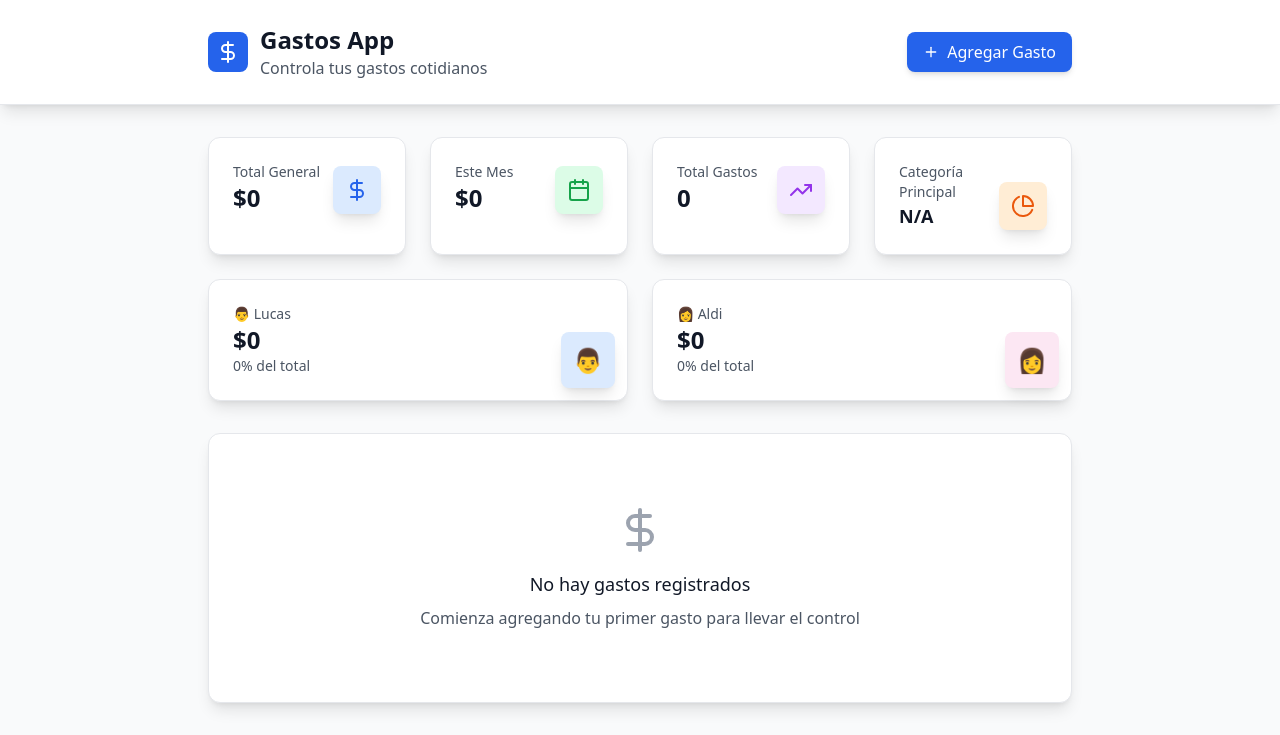
Repository: lucastenaglia/Gastosapp
Page: /
These files come from the project's save history. The page is drawn as it stood at one moment and after the next save; the edit follows.
The browser window is 1280 px wide. The pictures show the whole page.
The page's requests for data from a server got no answer. The project was rebuilt for these pictures with package versions that can differ from the ones it lists, and the page was loaded fresh each time. No one was signed in, and anything a server would have sent is missing. Also part of the build but not shown: vite.config.js, src/components/ExpenseForm.jsx.

Above is the page before, as saved 2025-08-03 21:35:33.

### index.html
<!DOCTYPE html>
<html lang="es">
  <head>
    <meta charset="UTF-8" />
    <link rel="icon" type="image/svg+xml" href="data:[embedded picture, 125 characters]" />
    <meta name="viewport" content="width=device-width, initial-scale=1.0" />
    <title>Gastos App - Control de Gastos Cotidianos</title>
  </head>
  <body>
    <div id="root"></div>
    <script type="module" src="/src/main.jsx"></script>
  </body>
</html>

### src/App.jsx
import { useState, useEffect } from 'react'
import Header from './components/Header'
import ExpenseForm from './components/ExpenseForm'
import ExpenseList from './components/ExpenseList'
import ExpenseSummary from './components/ExpenseSummary'
import { getExpenses, addExpense, updateExpense, deleteExpense } from './services/expenseService'

function App() {
  const [expenses, setExpenses] = useState([])
  const [isFormOpen, setIsFormOpen] = useState(false)
  const [loading, setLoading] = useState(true)
  const [error, setError] = useState(null)

  // Cargar gastos al iniciar la aplicación
  useEffect(() => {
    loadExpenses()
  }, [])

  // Cerrar modal con Escape
  useEffect(() => {
    const handleEscape = (e) => {
      if (e.key === 'Escape' && isFormOpen) {
        setIsFormOpen(false)
      }
    }

    document.addEventListener('keydown', handleEscape)
    return () => document.removeEventListener('keydown', handleEscape)
  }, [isFormOpen])

  const loadExpenses = async () => {
    try {
      setLoading(true)
      const data = await getExpenses()
      setExpenses(data)
      setError(null)
    } catch (err) {
      setError('Error al cargar los gastos')
      console.error(err)
    } finally {
      setLoading(false)
    }
  }

  const handleAddExpense = async (expense) => {
    try {
      const newExpense = await addExpense(expense)
      setExpenses([newExpense, ...expenses])
      setIsFormOpen(false)
    } catch (err) {
      setError('Error al agregar el gasto')
      console.error(err)
    }
  }

  const handleDeleteExpense = async (id) => {
    try {
      await deleteExpense(id)
      setExpenses(expenses.filter(expense => expense.id !== id))
    } catch (err) {
      setError('Error al eliminar el gasto')
      console.error(err)
    }
  }

  const handleEditExpense = async (id, updatedExpense) => {
    try {
      const updated = await updateExpense(id, updatedExpense)
      setExpenses(expenses.map(expense =>
        expense.id === id ? updated : expense
      ))
    } catch (err) {
      setError('Error al actualizar el gasto')
      console.error(err)
    }
  }

  return (
    <div className="min-h-screen bg-gray-50">
      <Header onAddExpense={() => setIsFormOpen(true)} />

      <main className="container mx-auto px-4 py-8 max-w-4xl">
        {error && (
          <div className="bg-red-100 border border-red-400 text-red-700 px-4 py-3 rounded mb-6">
            {error}
          </div>
        )}

        <ExpenseSummary expenses={expenses} />

        <div className="mt-8">
          <ExpenseList
            expenses={expenses}
            onDelete={handleDeleteExpense}
            onEdit={handleEditExpense}
            loading={loading}
          />
        </div>
      </main>

      {/* Modal Overlay */}
      {isFormOpen && (
        <div
          className="fixed inset-0 bg-black bg-opacity-50 flex items-center justify-center z-50 p-4 animate-in fade-in duration-200"
          onClick={() => setIsFormOpen(false)}
        >
          <div
            className="bg-white rounded-xl shadow-2xl max-w-md w-full mx-4 max-h-[90vh] overflow-y-auto animate-in zoom-in-95 duration-200"
            onClick={(e) => e.stopPropagation()}
          >
            <ExpenseForm
              onSubmit={handleAddExpense}
              onCancel={() => setIsFormOpen(false)}
            />
          </div>
        </div>
      )}
    </div>
  )
}

export default App

### src/index.css
@tailwind base;
@tailwind components;
@tailwind utilities;

@layer base {
  body {
    @apply bg-gray-50 text-gray-900;
  }
}

@layer components {
                .btn-primary {
                @apply bg-primary-600 hover:bg-primary-700 text-white font-medium py-2 px-4 rounded-lg transition-all duration-300 shadow-md hover:shadow-lg hover:-translate-y-0.5 transform;
              }

              .btn-secondary {
                @apply bg-gray-200 hover:bg-gray-300 text-gray-800 font-medium py-2 px-4 rounded-lg transition-all duration-300 shadow-md hover:shadow-lg hover:-translate-y-0.5 transform;
              }

                .input-field {
                @apply w-full px-3 py-2 border border-gray-300 rounded-lg focus:outline-none focus:ring-2 focus:ring-primary-500 focus:border-transparent shadow-sm focus:shadow-md transition-all duration-300;
              }

                            .card {
                @apply bg-white rounded-xl shadow-lg border border-gray-200 p-6 transform transition-all duration-300 hover:shadow-2xl hover:-translate-y-1;
              }

              .modal-enter {
                @apply opacity-0 scale-95;
              }

              .modal-enter-active {
                @apply opacity-100 scale-100 transition-all duration-200 ease-out;
              }

              .modal-exit {
                @apply opacity-100 scale-100;
              }

              .modal-exit-active {
                @apply opacity-0 scale-95 transition-all duration-200 ease-in;
              }
}

### src/components/Header.jsx
import { Plus, DollarSign } from 'lucide-react'

const Header = ({ onAddExpense }) => {
  return (
                    <header className="bg-white shadow-lg border-b border-gray-200">
      <div className="container mx-auto px-4 py-6 max-w-4xl">
        <div className="flex items-center justify-between">
          <div className="flex items-center space-x-3">
            <div className="bg-primary-600 p-2 rounded-lg">
              <DollarSign className="h-6 w-6 text-white" />
            </div>
            <div>
              <h1 className="text-2xl font-bold text-gray-900">Gastos App</h1>
              <p className="text-gray-600">Controla tus gastos cotidianos</p>
            </div>
          </div>

          <button
            onClick={onAddExpense}
            className="btn-primary flex items-center space-x-2"
          >
            <Plus className="h-4 w-4" />
            <span>Agregar Gasto</span>
          </button>
        </div>
      </div>
    </header>
  )
}

export default Header

### src/components/ExpenseList.jsx
import { useState } from 'react'
import { Trash2, Edit, Calendar, DollarSign } from 'lucide-react'

const ExpenseList = ({ expenses, onDelete, onEdit, loading }) => {
  const [editingId, setEditingId] = useState(null)
  const [editForm, setEditForm] = useState({})

  const categoryIcons = {
    comida: '🍽️',
    super: '🛒',
    auto: '🚗',
    entretenimiento: '🎮',
    salud: '💊',
    ropa: '👕',
    hogar: '🏠',
    otros: '📦'
  }

  const categoryColors = {
    comida: 'bg-orange-100 text-orange-800',
    super: 'bg-red-100 text-red-800',
    auto: 'bg-blue-100 text-blue-800',
    entretenimiento: 'bg-purple-100 text-purple-800',
    salud: 'bg-green-100 text-green-800',
    ropa: 'bg-pink-100 text-pink-800',
    hogar: 'bg-yellow-100 text-yellow-800',
    otros: 'bg-gray-100 text-gray-800'
  }

  const handleEdit = (expense) => {
    setEditingId(expense.id)
    setEditForm({
      description: expense.description,
      amount: expense.amount.toString(),
      category: expense.category,
      person: expense.person || 'lucas',
      date: expense.date
    })
  }

  const handleSaveEdit = (id) => {
    onEdit(id, {
      ...editForm,
      amount: parseFloat(editForm.amount)
    })
    setEditingId(null)
    setEditForm({})
  }

  const handleCancelEdit = () => {
    setEditingId(null)
    setEditForm({})
  }

  const formatDate = (dateString) => {
    const date = new Date(dateString)
    return date.toLocaleDateString('es-ES', {
      year: 'numeric',
      month: 'short',
      day: 'numeric'
    })
  }

  if (loading) {
    return (
      <div className="card">
        <div className="text-center py-12">
          <div className="animate-spin rounded-full h-12 w-12 border-b-2 border-primary-600 mx-auto mb-4"></div>
          <h3 className="text-lg font-medium text-gray-900 mb-2">
            Cargando gastos...
          </h3>
          <p className="text-gray-600">
            Conectando con la base de datos
          </p>
        </div>
      </div>
    )
  }

  if (expenses.length === 0) {
    return (
      <div className="card">
        <div className="text-center py-12">
          <DollarSign className="h-12 w-12 text-gray-400 mx-auto mb-4" />
          <h3 className="text-lg font-medium text-gray-900 mb-2">
            No hay gastos registrados
          </h3>
          <p className="text-gray-600">
            Comienza agregando tu primer gasto para llevar el control
          </p>
        </div>
      </div>
    )
  }

  return (
    <div className="card">
      <h2 className="text-xl font-semibold text-gray-900 mb-6">
        Historial de Gastos
      </h2>

      <div className="space-y-3">
        {expenses.map(expense => (
          <div key={expense.id} className="border border-gray-200 rounded-lg p-3 sm:p-4 bg-white shadow-md hover:shadow-xl hover:-translate-y-1 transform transition-all duration-300">
            {editingId === expense.id ? (
              <div className="space-y-3">
                <input
                  type="text"
                  value={editForm.description}
                  onChange={(e) => setEditForm({...editForm, description: e.target.value})}
                  className="input-field"
                />
                <div className="grid grid-cols-1 sm:grid-cols-2 gap-3">
                  <input
                    type="number"
                    value={editForm.amount}
                    onChange={(e) => setEditForm({...editForm, amount: e.target.value})}
                    className="input-field"
                    step="1"
                    min="0"
                  />
                  <select
                    value={editForm.category}
                    onChange={(e) => setEditForm({...editForm, category: e.target.value})}
                    className="input-field"
                  >
                    <option value="comida">🍽️ Comida</option>
                    <option value="super">🛒 Super</option>
                    <option value="auto">🚗 Auto</option>
                    <option value="entretenimiento">🎮 Entretenimiento</option>
                    <option value="salud">💊 Salud</option>
                    <option value="ropa">👕 Ropa</option>
                    <option value="hogar">🏠 Hogar</option>
                    <option value="otros">📦 Otros</option>
                  </select>
                </div>
                <div className="grid grid-cols-1 sm:grid-cols-2 gap-3">
                  <select
                    value={editForm.person}
                    onChange={(e) => setEditForm({...editForm, person: e.target.value})}
                    className="input-field"
                  >
                    <option value="lucas">👨 Lucas</option>
                    <option value="aldi">👩 Aldi</option>
                  </select>
                  <input
                    type="date"
                    value={editForm.date}
                    onChange={(e) => setEditForm({...editForm, date: e.target.value})}
                    className="input-field"
                  />
                </div>
                <div className="flex space-x-2">
                  <button
                    onClick={() => handleSaveEdit(expense.id)}
                    className="btn-primary text-sm flex-1"
                  >
                    Guardar
                  </button>
                  <button
                    onClick={handleCancelEdit}
                    className="btn-secondary text-sm flex-1"
                  >
                    Cancelar
                  </button>
                </div>
              </div>
            ) : (
              <div className="space-y-3">
                {/* Header con icono, descripción y monto */}
                <div className="flex items-start justify-between">
                  <div className="flex items-center space-x-3 flex-1 min-w-0">
                    <div className={`p-2 rounded-lg flex-shrink-0 ${categoryColors[expense.category]}`}>
                      <span className="text-lg">{categoryIcons[expense.category]}</span>
                    </div>

                    <div className="flex-1 min-w-0">
                      <h3 className="font-medium text-gray-900 truncate">
                        {expense.description}
                      </h3>
                      <div className="flex items-center space-x-2 text-sm text-gray-600 mt-1">
                        <span className="flex items-center space-x-1">
                          <Calendar className="h-3 w-3" />
                          <span className="hidden sm:inline">{formatDate(expense.date)}</span>
                          <span className="sm:hidden">{new Date(expense.date).toLocaleDateString('es-ES', { day: '2-digit', month: '2-digit' })}</span>
                        </span>
                        <span className="hidden sm:inline">•</span>
                        <span className="capitalize text-xs sm:text-sm">{expense.category}</span>
                      </div>
                    </div>
                  </div>

                  <div className="flex items-center space-x-2 flex-shrink-0">
                    <span className="text-lg font-semibold text-gray-900">
                      ${expense.amount}
                    </span>

                    <div className="flex space-x-1">
                      <button
                        onClick={() => handleEdit(expense)}
                        className="p-1 text-gray-400 hover:text-blue-600 transition-colors"
                        title="Editar"
                      >
                        <Edit className="h-4 w-4" />
                      </button>
                      <button
                        onClick={() => onDelete(expense.id)}
                        className="p-1 text-gray-400 hover:text-red-600 transition-colors"
                        title="Eliminar"
                      >
                        <Trash2 className="h-4 w-4" />
                      </button>
                    </div>
                  </div>
                </div>

                {/* Información adicional en móvil */}
                <div className="sm:hidden flex items-center justify-between text-sm text-gray-600 border-t pt-2">
                  <span className="flex items-center space-x-1">
                    <span>{expense.person === 'lucas' ? '👨' : '👩'}</span>
                    <span className="capitalize">{expense.person || 'lucas'}</span>
                  </span>
                  <span className="text-xs">
                    {new Date(expense.date).toLocaleDateString('es-ES', { year: 'numeric' })}
                  </span>
                </div>
              </div>
            )}
          </div>
        ))}
      </div>
    </div>
  )
}

export default ExpenseList

### src/components/ExpenseSummary.jsx
import { TrendingUp, Calendar, DollarSign, PieChart } from 'lucide-react'

const ExpenseSummary = ({ expenses }) => {
  const totalExpenses = expenses.reduce((sum, expense) => sum + expense.amount, 0)

  const today = new Date()
  const thisMonth = today.getMonth()
  const thisYear = today.getFullYear()

  const monthlyExpenses = expenses.filter(expense => {
    const expenseDate = new Date(expense.date)
    return expenseDate.getMonth() === thisMonth && expenseDate.getFullYear() === thisYear
  })

  const monthlyTotal = monthlyExpenses.reduce((sum, expense) => sum + expense.amount, 0)

  const categoryTotals = expenses.reduce((acc, expense) => {
    acc[expense.category] = (acc[expense.category] || 0) + expense.amount
    return acc
  }, {})

  const topCategory = Object.entries(categoryTotals).sort(([,a], [,b]) => b - a)[0]

  // Estadísticas por persona
  const personTotals = expenses.reduce((acc, expense) => {
    const person = expense.person || 'lucas'
    acc[person] = (acc[person] || 0) + expense.amount
    return acc
  }, {})

  const lucasTotal = personTotals.lucas || 0
  const aldiTotal = personTotals.aldi || 0

  const formatCurrency = (amount) => {
    return `$${Math.round(amount).toLocaleString('en-US')}`
  }

  return (
    <div className="space-y-4 sm:space-y-6">
      {/* Primera fila - Estadísticas generales */}
      <div className="grid grid-cols-2 lg:grid-cols-4 gap-3 sm:gap-6">
                 {/* Total General */}
         <div className="card relative p-4 sm:p-6">
           <div className="flex items-end justify-between">
             <div>
               <p className="text-xs sm:text-sm font-medium text-gray-600">Total General</p>
               <p className="text-lg sm:text-2xl font-bold text-gray-900">
                 {formatCurrency(totalExpenses)}
               </p>
             </div>
             <div className="bg-blue-100 p-2 sm:p-3 rounded-lg shadow-lg">
               <DollarSign className="h-4 w-4 sm:h-6 sm:w-6 text-blue-600" />
             </div>
           </div>
         </div>

                 {/* Gastos del Mes */}
         <div className="card relative p-4 sm:p-6">
           <div className="flex items-end justify-between">
             <div>
               <p className="text-xs sm:text-sm font-medium text-gray-600">Este Mes</p>
               <p className="text-lg sm:text-2xl font-bold text-gray-900">
                 {formatCurrency(monthlyTotal)}
               </p>
             </div>
             <div className="bg-green-100 p-2 sm:p-3 rounded-lg shadow-lg">
               <Calendar className="h-4 w-4 sm:h-6 sm:w-6 text-green-600" />
             </div>
           </div>
         </div>

                 {/* Total de Gastos */}
         <div className="card relative p-4 sm:p-6">
           <div className="flex items-end justify-between">
             <div>
               <p className="text-xs sm:text-sm font-medium text-gray-600">Total Gastos</p>
               <p className="text-lg sm:text-2xl font-bold text-gray-900">
                 {expenses.length}
               </p>
             </div>
             <div className="bg-purple-100 p-2 sm:p-3 rounded-lg shadow-lg">
               <TrendingUp className="h-4 w-4 sm:h-6 sm:w-6 text-purple-600" />
             </div>
           </div>
         </div>

                 {/* Categoría Principal */}
         <div className="card relative p-4 sm:p-6">
           <div className="flex items-end justify-between">
             <div>
               <p className="text-xs sm:text-sm font-medium text-gray-600">Categoría Principal</p>
               <p className="text-base sm:text-lg font-semibold text-gray-900 capitalize">
                 {topCategory ? topCategory[0] : 'N/A'}
               </p>
               {topCategory && (
                 <p className="text-xs sm:text-sm text-gray-600">
                   {formatCurrency(topCategory[1])}
                 </p>
               )}
             </div>
             <div className="bg-orange-100 p-2 sm:p-3 rounded-lg shadow-lg">
               <PieChart className="h-4 w-4 sm:h-6 sm:w-6 text-orange-600" />
             </div>
           </div>
         </div>
      </div>

      {/* Segunda fila - Estadísticas por persona */}
      <div className="grid grid-cols-1 sm:grid-cols-2 gap-3 sm:gap-6">
                 {/* Gastos de Lucas */}
         <div className="card relative p-4 sm:p-6">
           <div>
             <p className="text-xs sm:text-sm font-medium text-gray-600">👨 Lucas</p>
             <p className="text-lg sm:text-2xl font-bold text-gray-900">
               {formatCurrency(lucasTotal)}
             </p>
             <p className="text-xs sm:text-sm text-gray-600">
               {totalExpenses > 0 ? `${((lucasTotal / totalExpenses) * 100).toFixed(1)}%` : '0%'} del total
             </p>
           </div>
           <div className="absolute bottom-2 right-2 sm:bottom-3 sm:right-3 bg-blue-100 p-2 sm:p-3 rounded-lg shadow-lg">
             <span className="text-lg sm:text-2xl">👨</span>
           </div>
         </div>

                 {/* Gastos de Aldi */}
         <div className="card relative p-4 sm:p-6">
           <div>
             <p className="text-xs sm:text-sm font-medium text-gray-600">👩 Aldi</p>
             <p className="text-lg sm:text-2xl font-bold text-gray-900">
               {formatCurrency(aldiTotal)}
             </p>
             <p className="text-xs sm:text-sm text-gray-600">
               {totalExpenses > 0 ? `${((aldiTotal / totalExpenses) * 100).toFixed(1)}%` : '0%'} del total
             </p>
           </div>
           <div className="absolute bottom-2 right-2 sm:bottom-3 sm:right-3 bg-pink-100 p-2 sm:p-3 rounded-lg shadow-lg">
             <span className="text-lg sm:text-2xl">👩</span>
           </div>
         </div>
      </div>
    </div>
  )
}

export default ExpenseSummary

### src/lib/supabase.js
import { createClient } from '@supabase/supabase-js'

// Configuración de Supabase
const supabaseUrl = 'https://tiarifmkqcayodakifqu.supabase.co'
const supabaseAnonKey = 'eyJhbGciOiJIUzI1NiIsInR5cCI6IkpXVCJ9.eyJpc3MiOiJzdXBhYmFzZSIsInJlZiI6InRpYXJpZm1rcWNheW9kYWtpZnF1Iiwicm9sZSI6ImFub24iLCJpYXQiOjE3NTQyMzYxMzcsImV4cCI6MjA2OTgxMjEzN30.qJr6Xvo0UF5_XPq4UWidASjwgjcWPFJ8CqR6mAHSsTU'

export const supabase = createClient(supabaseUrl, supabaseAnonKey)

### tailwind.config.js
/** @type {import('tailwindcss').Config} */
export default {
  content: [
    "./index.html",
    "./src/**/*.{js,ts,jsx,tsx}",
  ],
  theme: {
    extend: {
      colors: {
        primary: {
          50: '#eff6ff',
          500: '#3b82f6',
          600: '#2563eb',
          700: '#1d4ed8',
        }
      }
    },
  },
  plugins: [],
}

Loaded but not shown: src/main.jsx (common file); src/services/expenseService.js (78 lines, source omitted)

After the next save:
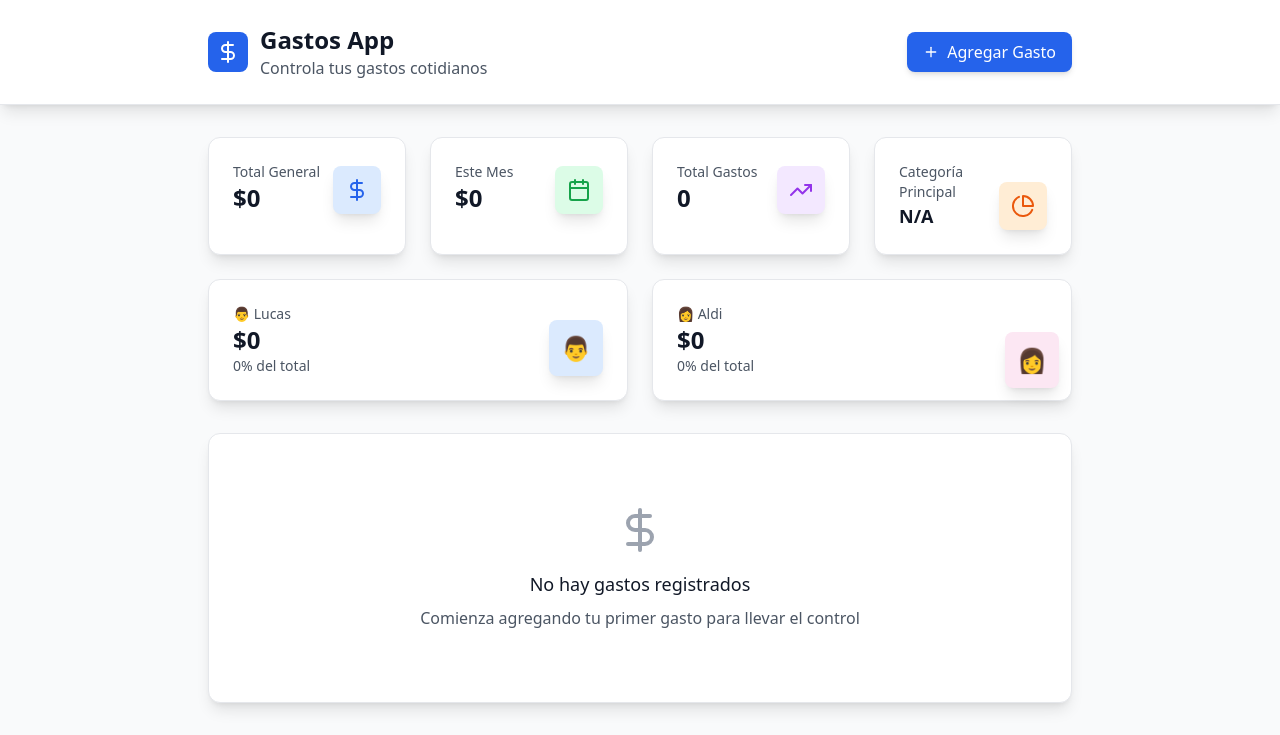
Saved 11 s later.
--- a/src/components/ExpenseSummary.jsx
+++ b/src/components/ExpenseSummary.jsx
@@ -109,17 +109,19 @@ const ExpenseSummary = ({ expenses }) => {
       <div className="grid grid-cols-1 sm:grid-cols-2 gap-3 sm:gap-6">
                  {/* Gastos de Lucas */}
          <div className="card relative p-4 sm:p-6">
-           <div>
-             <p className="text-xs sm:text-sm font-medium text-gray-600">👨 Lucas</p>
-             <p className="text-lg sm:text-2xl font-bold text-gray-900">
-               {formatCurrency(lucasTotal)}
-             </p>
-             <p className="text-xs sm:text-sm text-gray-600">
-               {totalExpenses > 0 ? `${((lucasTotal / totalExpenses) * 100).toFixed(1)}%` : '0%'} del total
-             </p>
-           </div>
-           <div className="absolute bottom-2 right-2 sm:bottom-3 sm:right-3 bg-blue-100 p-2 sm:p-3 rounded-lg shadow-lg">
-             <span className="text-lg sm:text-2xl">👨</span>
+           <div className="flex items-end justify-between">
+             <div>
+               <p className="text-xs sm:text-sm font-medium text-gray-600">👨 Lucas</p>
+               <p className="text-lg sm:text-2xl font-bold text-gray-900">
+                 {formatCurrency(lucasTotal)}
+               </p>
+               <p className="text-xs sm:text-sm text-gray-600">
+                 {totalExpenses > 0 ? `${((lucasTotal / totalExpenses) * 100).toFixed(1)}%` : '0%'} del total
+               </p>
+             </div>
+             <div className="bg-blue-100 p-2 sm:p-3 rounded-lg shadow-lg">
+               <span className="text-lg sm:text-2xl">👨</span>
+             </div>
            </div>
          </div>
 
